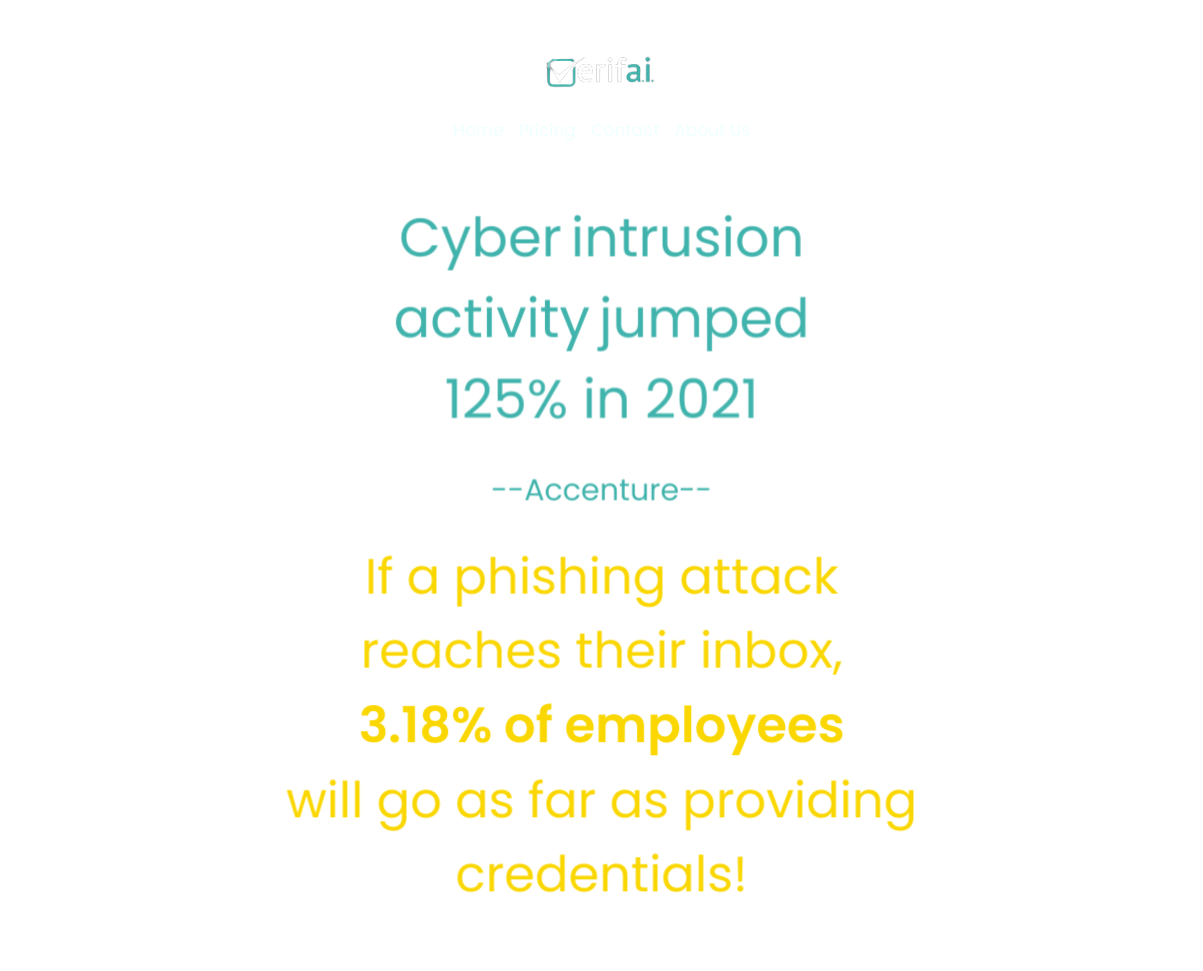
Repository: Ali-VB/verif-website
Page: /contact
These files come from the project's save history. The page is drawn as it stood at one moment and after a run of saves; the edit follows.
The browser window is 1280 px wide. The pictures show the whole page, at 94% of full size.
The project was rebuilt for these pictures with package versions that can differ from the ones it lists, and the page was loaded fresh each time. A package was used in the major version that the imports need, not the one package.json lists. Also part of the build but not shown: src/components/Features/Features.css, src/components/Features/Features.jsx, src/components/AiSection/AiSection.css, src/components/AiSection/AiSection.jsx, src/components/BuySection/BuySection.css, src/components/BuySection/BuySection.jsx, src/components/Supporter/Supporter.css, src/components/Supporter/SupporterItem.jsx and 5 more.

Above is the page before, as saved 2022-04-21 16:43:05.

After the next 3 saves:
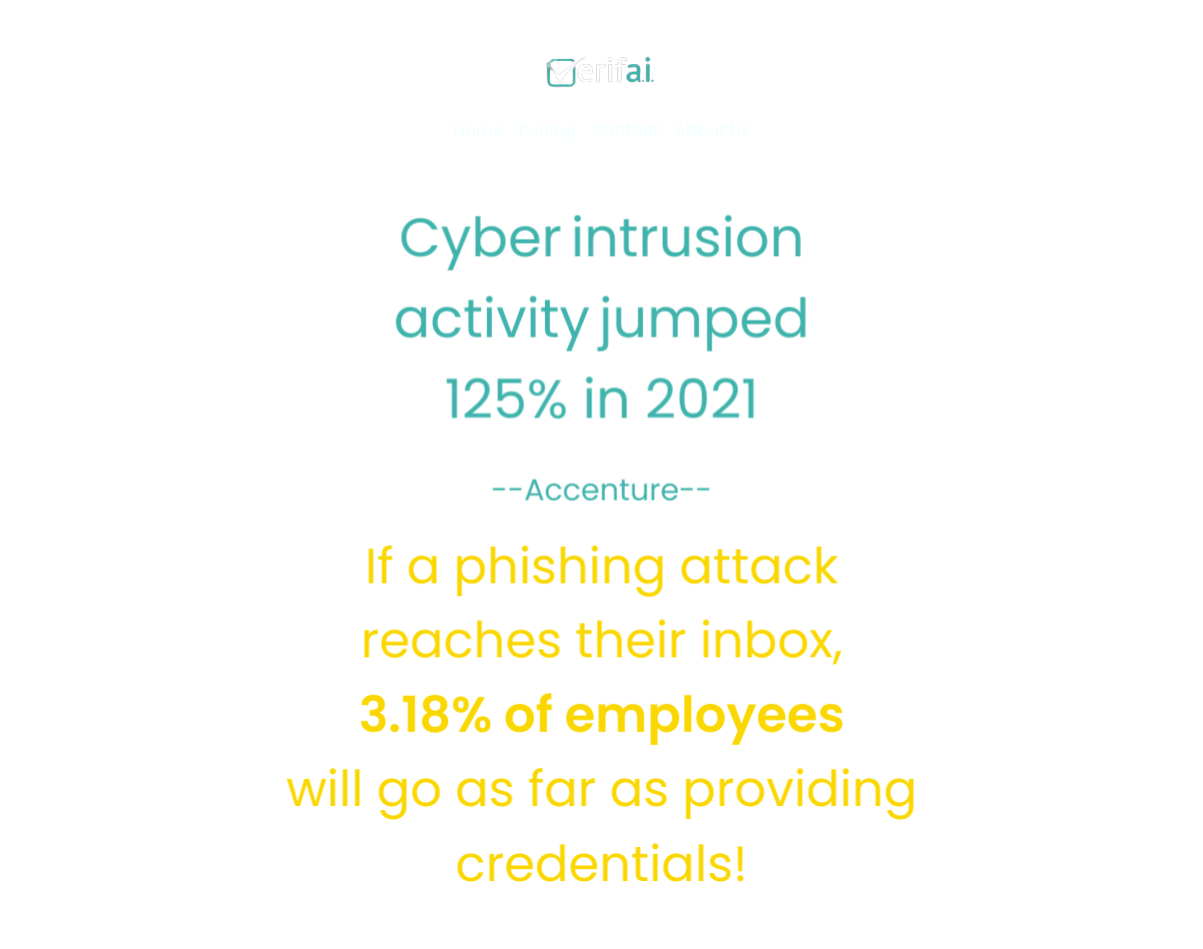
The 3 saves are shown as one change because they came seconds apart.
The last was saved 13 s later.
--- a/src/components/Header/Header.css
+++ b/src/components/Header/Header.css
@@ -18,7 +18,7 @@
   }
 
 .text-second {
-    padding: 1rem 1.5rem;
+    padding: 0.3rem 1.5rem;
     color: #FAD700;
     font-size:3.3rem;
     width: 70%;
